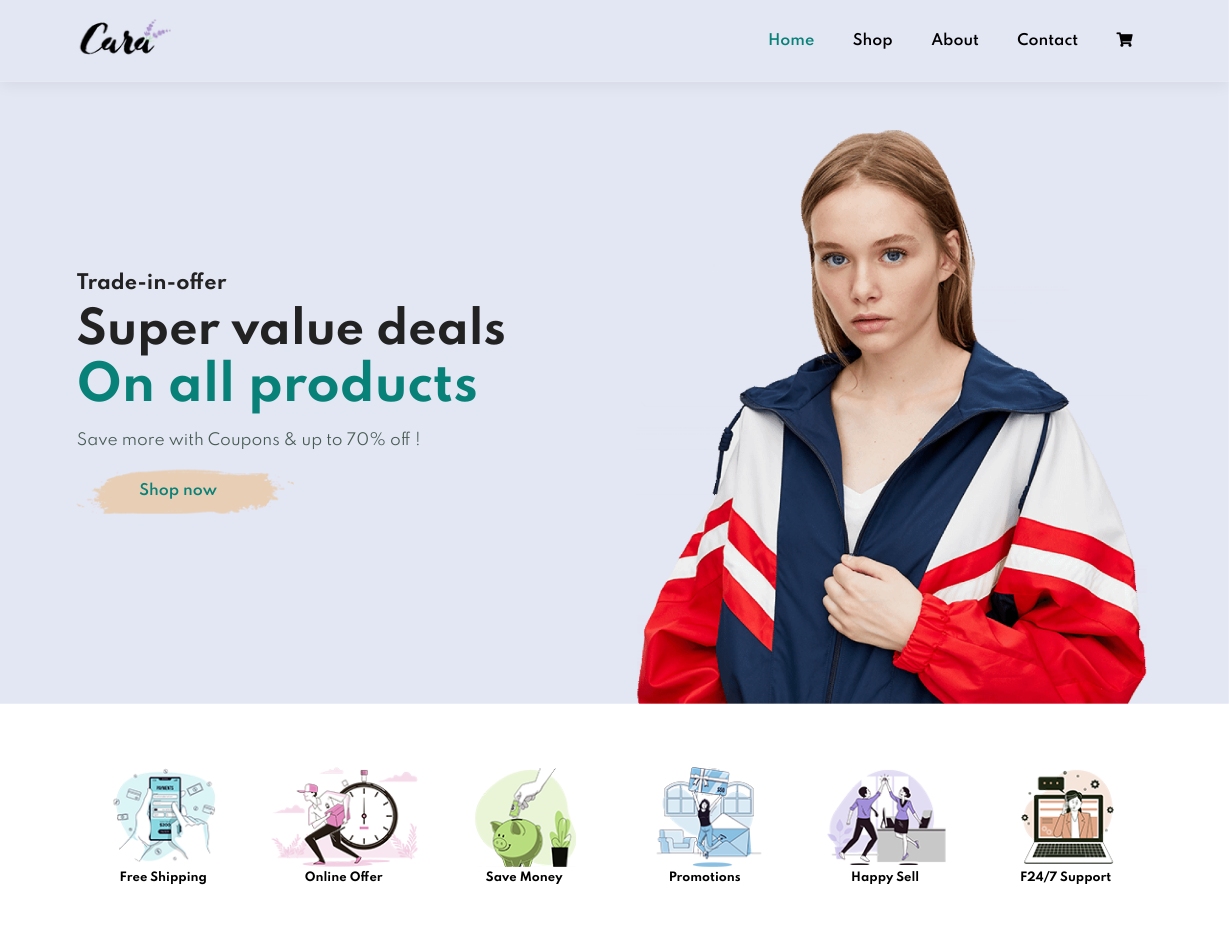
Repository: Daryllgio/E-Commerce-Website-UI
Page: index.html
These files come from the project's save history. The page is drawn as it stood at one moment and after a run of saves; the edit follows.
The browser window is 1280 px wide. The pictures show the whole page, at 96% of full size.
Some web libraries are served in a nearby version.

Above is the page before, as saved 2024-12-31 12:22:19.

After the next 2 saves:
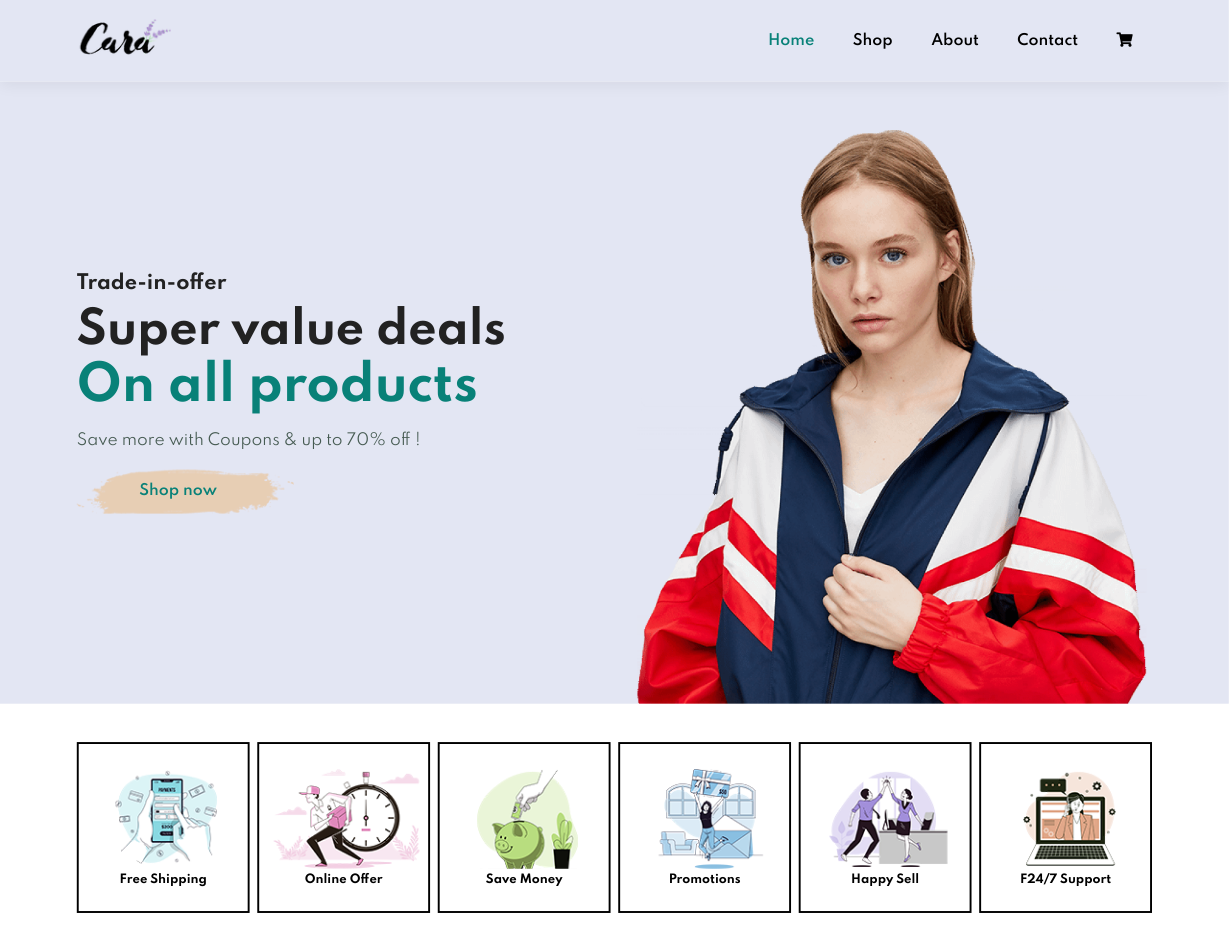
The 2 saves are shown as one change because they came seconds apart.
The last was saved 59 s later.
--- a/style.css
+++ b/style.css
@@ -134,4 +134,5 @@ body {
   width: 180px;
   text-align: center;
   padding: 25px 15px;
+  border: 2px solid #000;
 }
